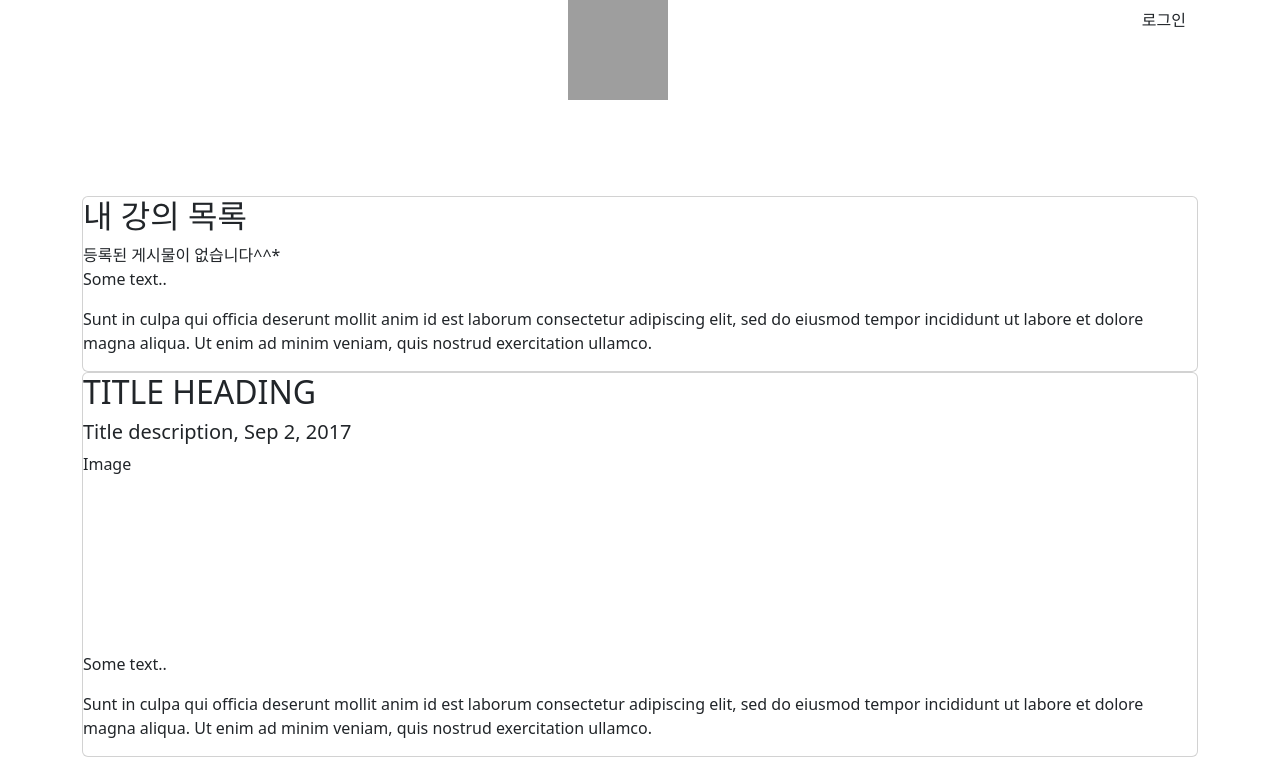
Repository: seonminpark100/CodeCampus
Page: http://localhost/LMSProject/WEB-INF/views/prof/prof.jsp
An editor plug-in stored every save of this project. The page is shown before and after the next save, followed by the edit.
The browser window is 1280 px wide. The pictures show the whole page.
Pictures or frames that could not be fetched are drawn as grey boxes. The page is served by Tomcat 10. Nobody is signed in. The template is opened directly, without the code that normally fills it, so the values that code supplies are empty.

Above is the page before, as saved 2025-07-11 06:07:48.

After the next save:
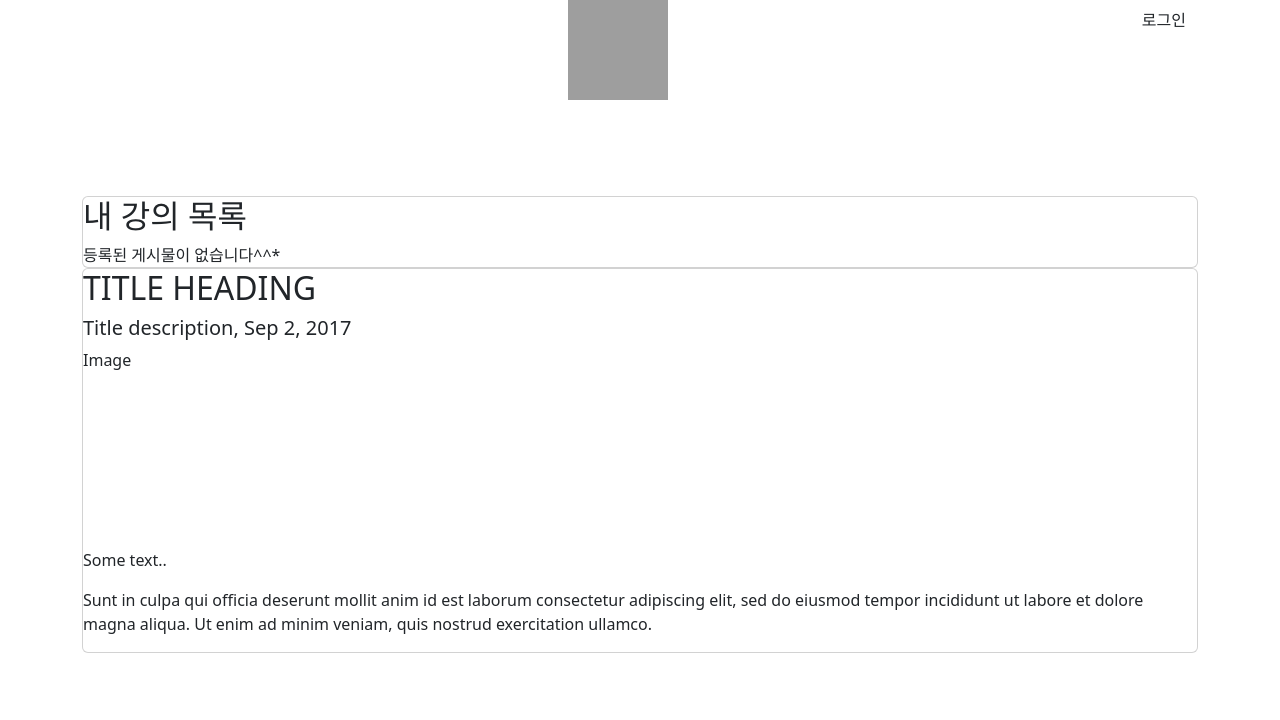
Saved 15 s later.
--- a/LMSProject/src/main/webapp/WEB-INF/views/prof/prof.jsp
+++ b/LMSProject/src/main/webapp/WEB-INF/views/prof/prof.jsp
@@ -33,10 +33,8 @@
 		        </c:forEach>
 		    </c:otherwise>
 		  </c:choose>
+	    </div>
 
-	      <p>Some text..</p>
-	      <p>Sunt in culpa qui officia deserunt mollit anim id est laborum consectetur adipiscing elit, sed do eiusmod tempor incididunt ut labore et dolore magna aliqua. Ut enim ad minim veniam, quis nostrud exercitation ullamco.</p>
-	    </div>
 	    <div class="card">
 	      <h2>TITLE HEADING</h2>
 	      <h5>Title description, Sep 2, 2017</h5>
